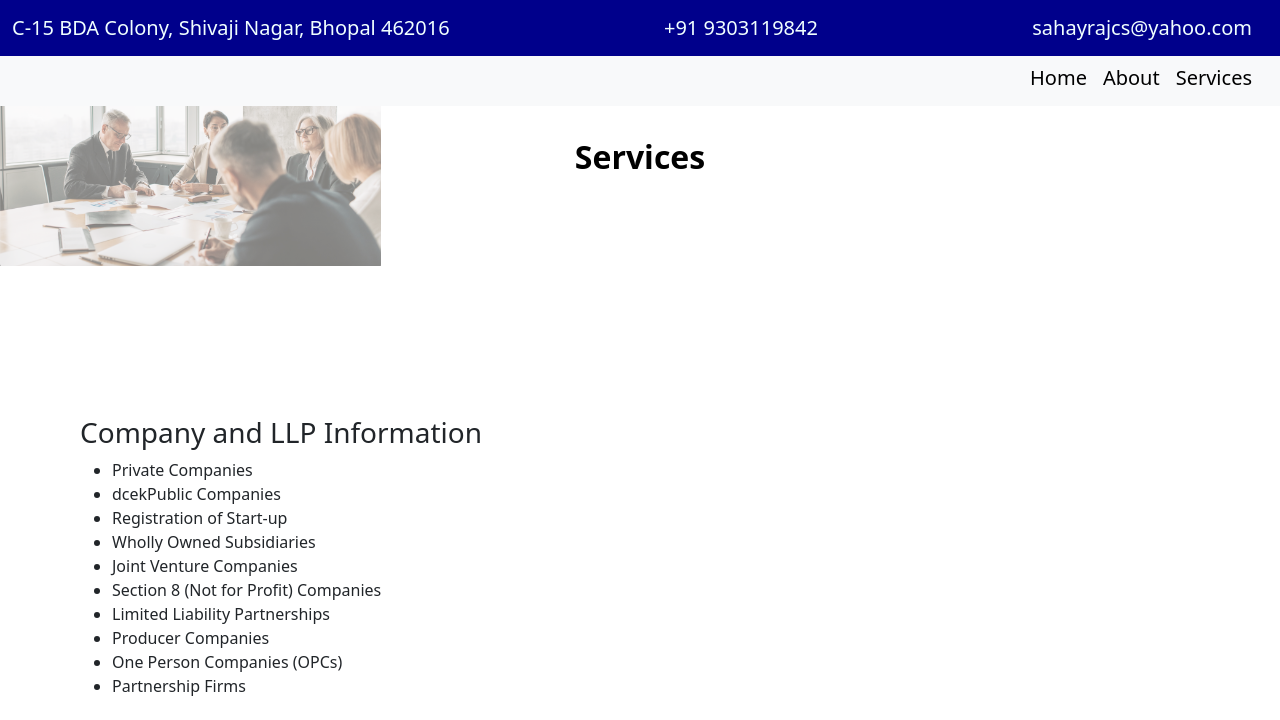
Repository: aayushiss/CS-RSS
Page: services.html
These files come from the project's save history. The page is drawn as it stood at one moment and after the next save; the edit follows.
The browser window is 1280 px wide. The pictures show the whole page.

Above is the page before, as saved 2025-05-16 00:10:14.

After the next save:
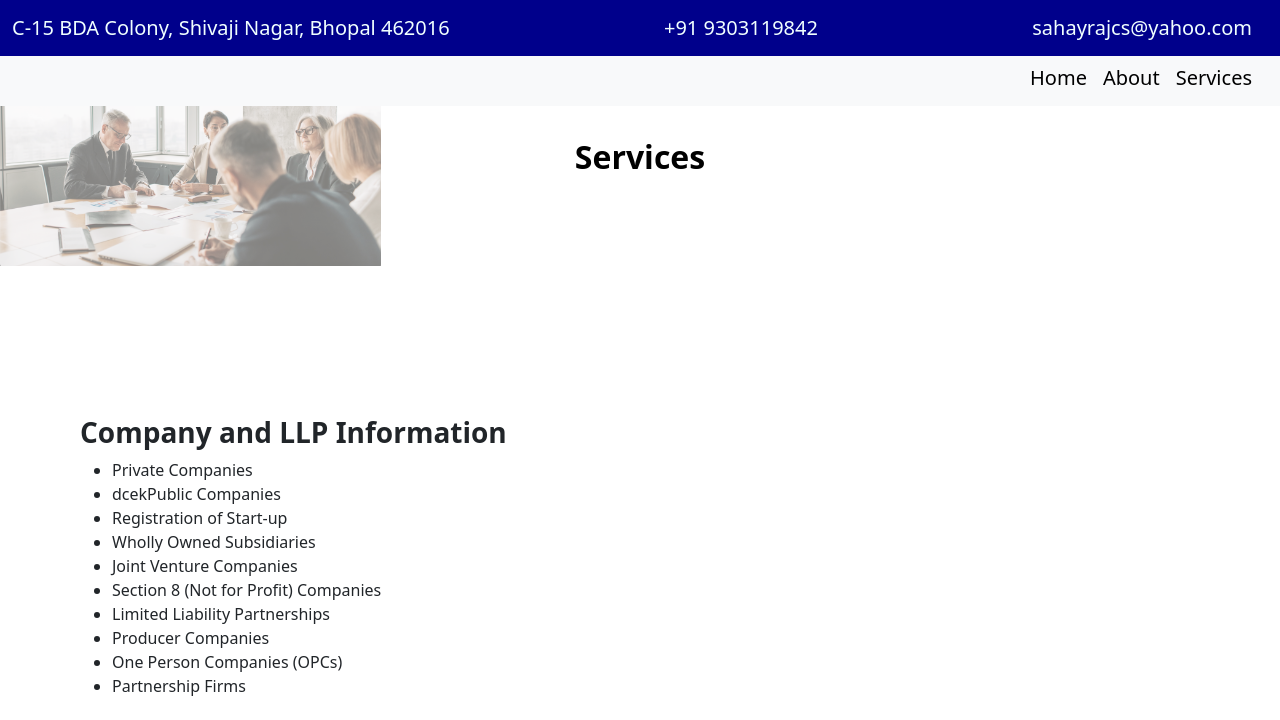
Saved 55 s later.
--- a/services.html
+++ b/services.html
@@ -35,7 +35,7 @@
     </h2>
   </div>
   <div class="col" style="margin-left: 5rem;">
-    <h3>Company and LLP Information</h3>
+    <h3 style="font-weight: bold;">Company and LLP Information</h3>
     <ul>
         <li>Private Companies</li>
         <li>dcekPublic Companies</li>
